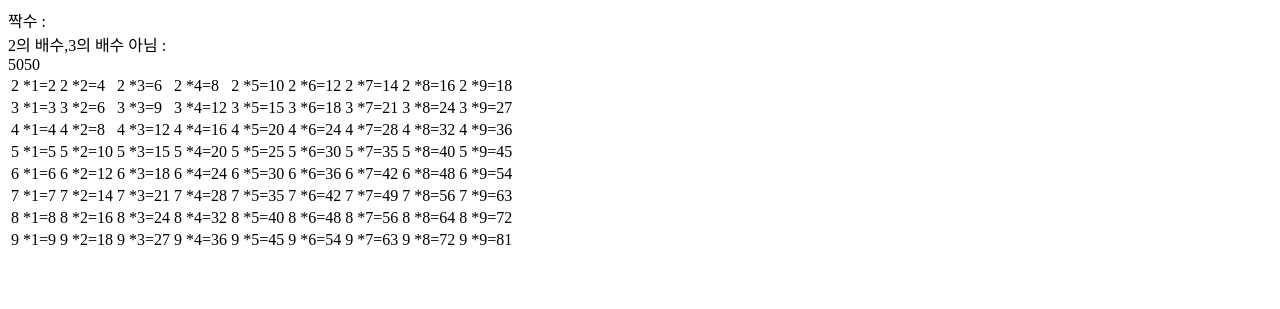
Repository: poomshen/team_03_project2
Page: JavaScript/WebContent/Ex05_Script.html
The author's editor kept a copy of each file at every save. The page is drawn from the files as they stood at one save, then again after the next save.
The browser window is 1280 px wide. The pictures show the whole page.

Above is the page before, as saved 2016-08-30 03:09:27.

After the next save:
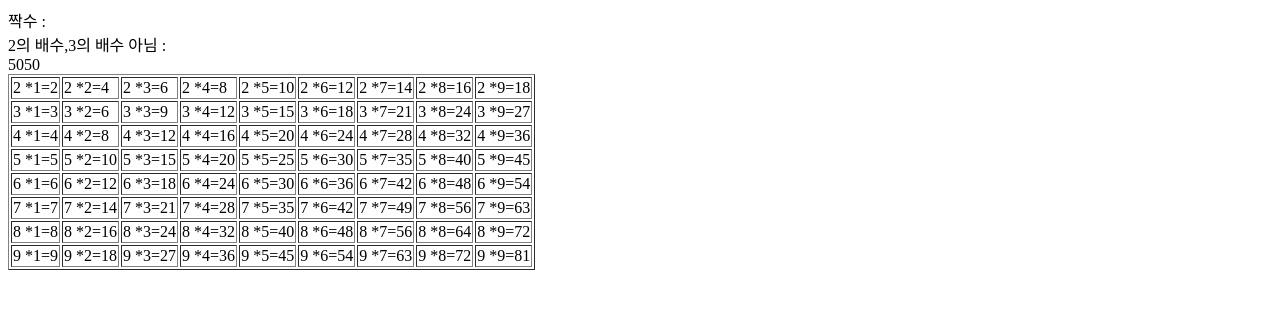
Saved 40 s later.
--- a/JavaScript/WebContent/Ex05_Script.html
+++ b/JavaScript/WebContent/Ex05_Script.html
@@ -31,7 +31,7 @@ console.log("a 변수값 :"+a);
 	for(var i = 1; i<= 100; i++){ sum +=i }
 	document.write(sum);
 
-	document.write("<table>");
+	document.write('<table border="1">');
 	for(var i = 2; i<=9 ; i++){
 		document.write("<tr>");
 		for(var y = 1 ;y<=9 ;y++){
